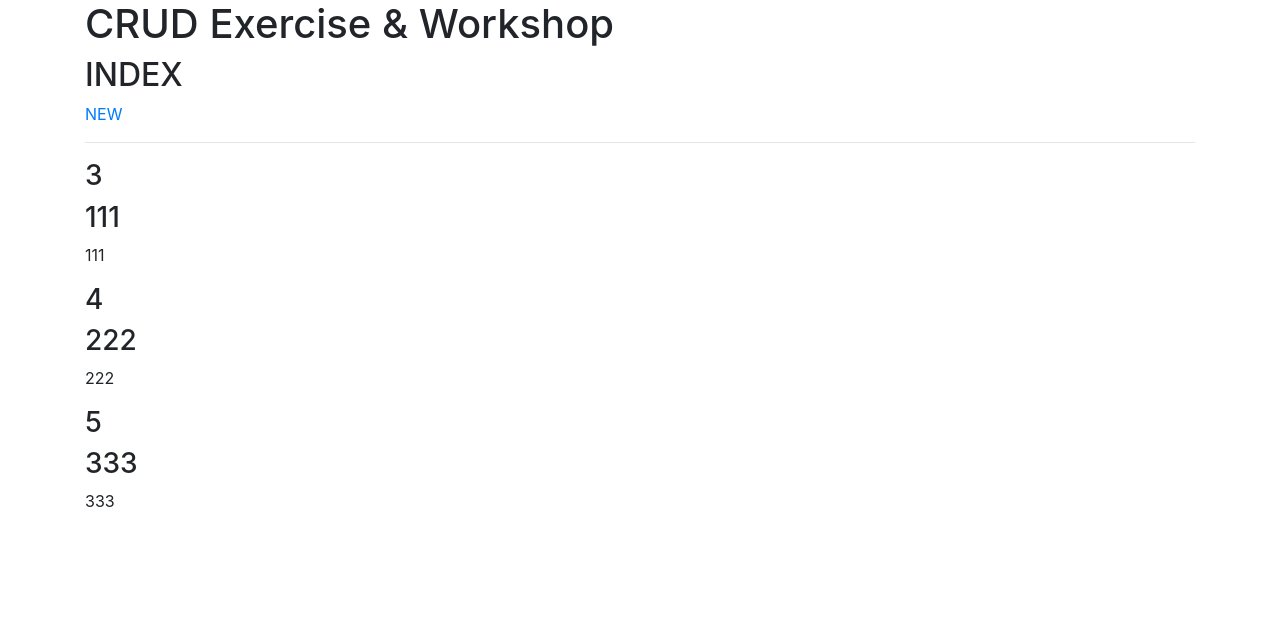
Repository: ansigyeong/lectures-Django
Page: http://localhost/articles/
The author's editor kept a record of every edit. The page is drawn from the files as they stood at one moment, then again after the next edit.
The browser window is 1280 px wide. The pictures show the whole page.
The page is served by the project's application, run on Django 2.2 (practice/0406/exercise/crud/manage.py). Other server files are loaded and not shown. The page reads the database file committed with the project.

Above is the page before.

### practice/0406/exercise/crud/articles/views.py
from django.shortcuts import render, redirect, get_object_or_404
from .models import Article

# Create your views here.
def index(request):
    articles = Article.objects.all()
    context = {
        'articles': articles
    }
    return render(request, 'articles/index.html', context)

def new(request):
    return render(request, 'articles/new.html')

def create(request):
    article = Article()
    # request -> 요청에 대한 meta data
    # print(request)
    # print(dir(request))
    # print(request.GET)
    # print(request.POST)
    article.title = request.POST.get('title')
    article.content = request.POST.get('content')
    article.save()
    return redirect('articles:detail', article.pk) # f'/articles/{article.pk}/'

def detail(request, article_pk):
    # article = Article.objects.get(pk=article_pk)
    article = get_object_or_404(Article, pk=article_pk)
    context = {
        'article': article,
    }
    return render(request, 'articles/detail.html', context)

def delete(request, article_pk):
    # article = Article.objects.get(pk=article_pk)
    article = get_object_or_404(Article, pk=article_pk)
    article.delete()
    return redirect('articles:index') #'/articles/'

def edit(request, article_pk):
    # article = Article.objects.get(pk=article_pk)
    article = get_object_or_404(Article, pk=article_pk)
    context = {
        'article': article,
    }
    return render(request, 'articles/edit.html', context)

def update(request, article_pk):
    # article = Article.objects.get(pk=article_pk)
    article = get_object_or_404(Article, pk=article_pk)
    article.title = request.POST.get('title')
    article.content = request.POST.get('content')
    article.save()
    return redirect('articles:detail', article.pk) # f'/articles/{article.pk}/'
	# return redirect(f'/articles/{article_pk}/')도 가능함

### practice/0406/exercise/crud/articles/templates/articles/index.html
{% extends 'base.html' %}

{% block content %}
    <h2>INDEX</h2>
    <a href="/articles/new/">NEW</a>
    <hr>
    {% for article in articles %}
        <h3>{{ article.pk }}</h3>
        <h3>{{ article.title }}</h3>
        <p>{{ article.content }}</p>
    {% endfor %}
{% endblock %}

### practice/0406/exercise/crud/templates/base.html
<!DOCTYPE html>
<html lang="ko">
<head>
    <meta charset="UTF-8">
    <meta name="viewport" content="width=device-width, initial-scale=1.0">
    <meta http-equiv="X-UA-Compatible" content="ie=edge">
    <link rel="stylesheet" href="https://stackpath.bootstrapcdn.com/bootstrap/4.4.1/css/bootstrap.min.css" integrity="sha384-Vkoo8x4CGsO3+Hhxv8T/Q5PaXtkKtu6ug5TOeNV6gBiFeWPGFN9MuhOf23Q9Ifjh" crossorigin="anonymous">
    <title>exericse & workshop</title>
</head>
<body>
    <div class="container">
        <h1>CRUD Exercise & Workshop</h1>
        {% block content %}
        {% endblock %}
    </div>

    <script src="https://code.jquery.com/jquery-3.4.1.slim.min.js" integrity="sha384-J6qa4849blE2+poT4WnyKhv5vZF5SrPo0iEjwBvKU7imGFAV0wwj1yYfoRSJoZ+n" crossorigin="anonymous"></script>
    <script src="https://cdn.jsdelivr.net/npm/popper.js@1.16.0/dist/umd/popper.min.js" integrity="sha384-Q6E9RHvbIyZFJoft+2mJbHaEWldlvI9IOYy5n3zV9zzTtmI3UksdQRVvoxMfooAo" crossorigin="anonymous"></script>
    <script src="https://stackpath.bootstrapcdn.com/bootstrap/4.4.1/js/bootstrap.min.js" integrity="sha384-wfSDF2E50Y2D1uUdj0O3uMBJnjuUD4Ih7YwaYd1iqfktj0Uod8GCExl3Og8ifwB6" crossorigin="anonymous"></script>
</body>
</html>

### practice/0406/exercise/crud/articles/models.py
from django.db import models

# Create your models here.
class Article(models.Model):
    title = models.CharField(max_length=140)
    content = models.TextField()
    created_at = models.DateTimeField(auto_now_add=True)
    updated_at = models.DateTimeField(auto_now=True)

    # articles_article -> app이름_class이름(소문자)

### practice/0406/exercise/crud/crud/urls.py
"""crud URL Configuration

The `urlpatterns` list routes URLs to views. For more information please see:
    https://docs.djangoproject.com/en/2.1/topics/http/urls/
Examples:
Function views
    1. Add an import:  from my_app import views
    2. Add a URL to urlpatterns:  path('', views.home, name='home')
Class-based views
    1. Add an import:  from other_app.views import Home
    2. Add a URL to urlpatterns:  path('', Home.as_view(), name='home')
Including another URLconf
    1. Import the include() function: from django.urls import include, path
    2. Add a URL to urlpatterns:  path('blog/', include('blog.urls'))
"""
from django.contrib import admin
from django.urls import path, include

urlpatterns = [
    path('admin/', admin.site.urls),
    path('articles/', include('articles.urls')),
]

### practice/0406/exercise/crud/articles/urls.py
from django.urls import path
from . import views

app_name = 'articles'

urlpatterns = [
    path('', views.index, name='index'),
    path('new/', views.new, name='new'),
    path('create/', views.create, name='create'),
    path('<int:article_pk>/', views.detail, name='detail'),
    path('<int:article_pk>/delete/', views.delete, name='delete'),
    path('<int:article_pk>/edit/', views.edit, name='edit'),
    path('<int:article_pk>/update/', views.update, name='update'),
]

### practice/0406/exercise/crud/db.sqlite3 (the tables this page reads, as SQL)
CREATE TABLE "articles_article" ("id" integer NOT NULL PRIMARY KEY AUTOINCREMENT, "title" varchar(140) NOT NULL, "content" text NOT NULL, "created_at" datetime NOT NULL, "updated_at" datetime NOT NULL);
INSERT INTO "articles_article" VALUES
(3, '111', '111', '2020-04-06 08:04:42.948095', '2020-04-06 08:04:42.948134'),
(4, '222', '222', '2020-04-06 08:04:57.949525', '2020-04-06 08:04:57.949559'),
(5, '333', '333', '2020-04-06 08:05:12.200468', '2020-04-06 08:05:12.200503');

After the next edit:
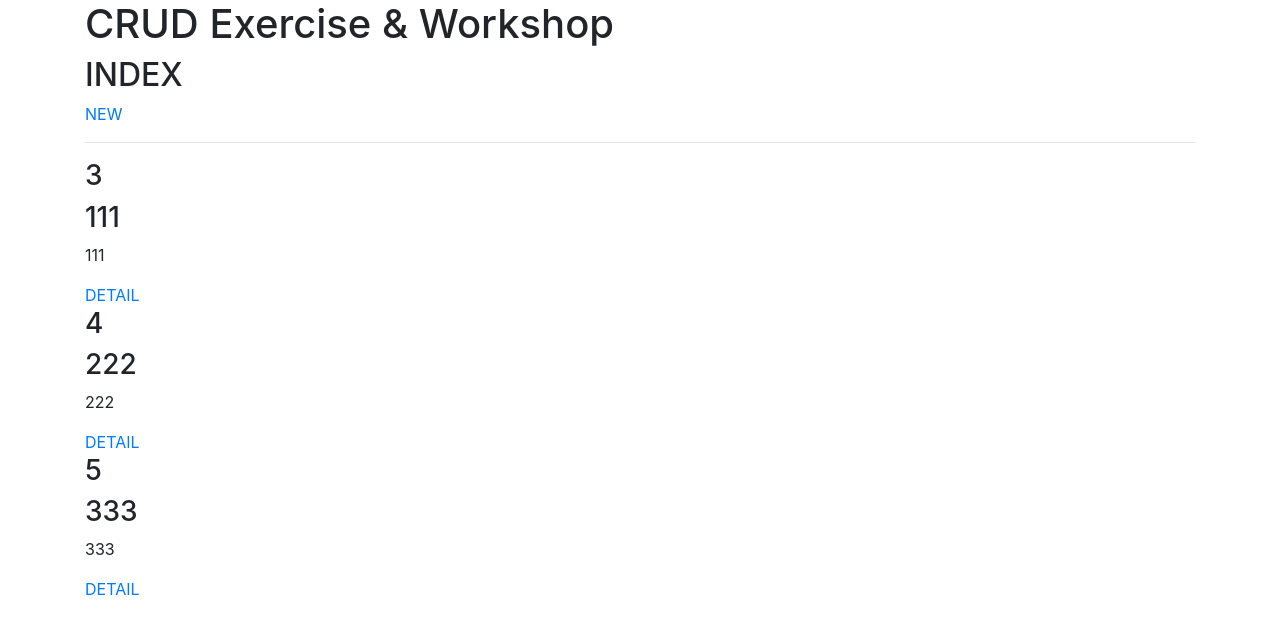
The edit:
--- a/practice/0406/exercise/crud/articles/templates/articles/index.html
+++ b/practice/0406/exercise/crud/articles/templates/articles/index.html
@@ -8,5 +8,6 @@
         <h3>{{ article.pk }}</h3>
         <h3>{{ article.title }}</h3>
         <p>{{ article.content }}</p>
+        <a href="/articles/{{ article.pk }}">DETAIL</a>
     {% endfor %}
 {% endblock %}
